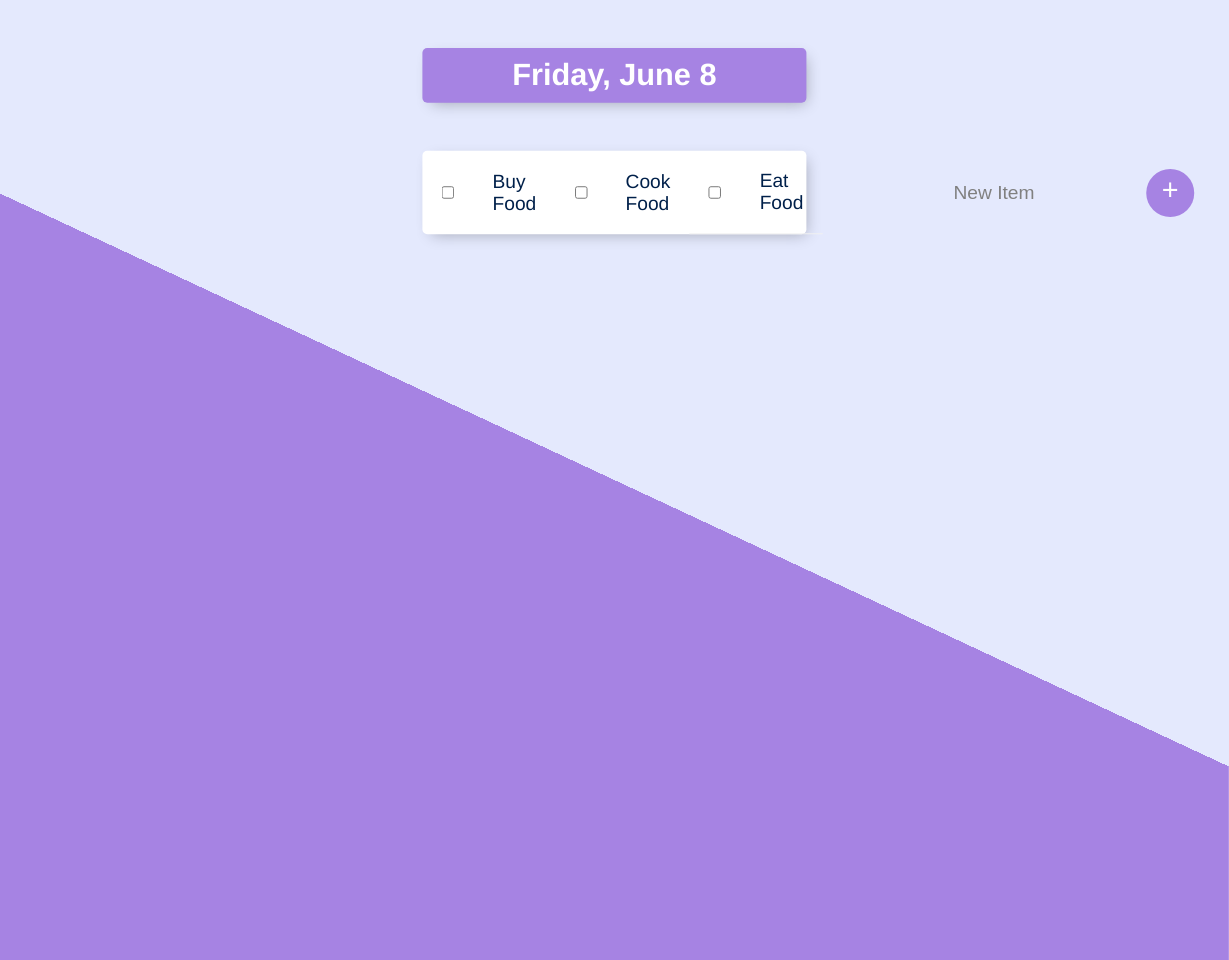
Repository: DESTINYAS/ToDo-List
Page: http://localhost/
These files come from the project's save history. The page is drawn as it stood at one moment and after the next save; the edit follows.
The browser window is 1280 px wide. The pictures show the whole page, at 96% of full size.
The page is served by the project's Node server (app.js).

Above is the page before, as saved 2022-08-24 15:35:30.

After the next save:
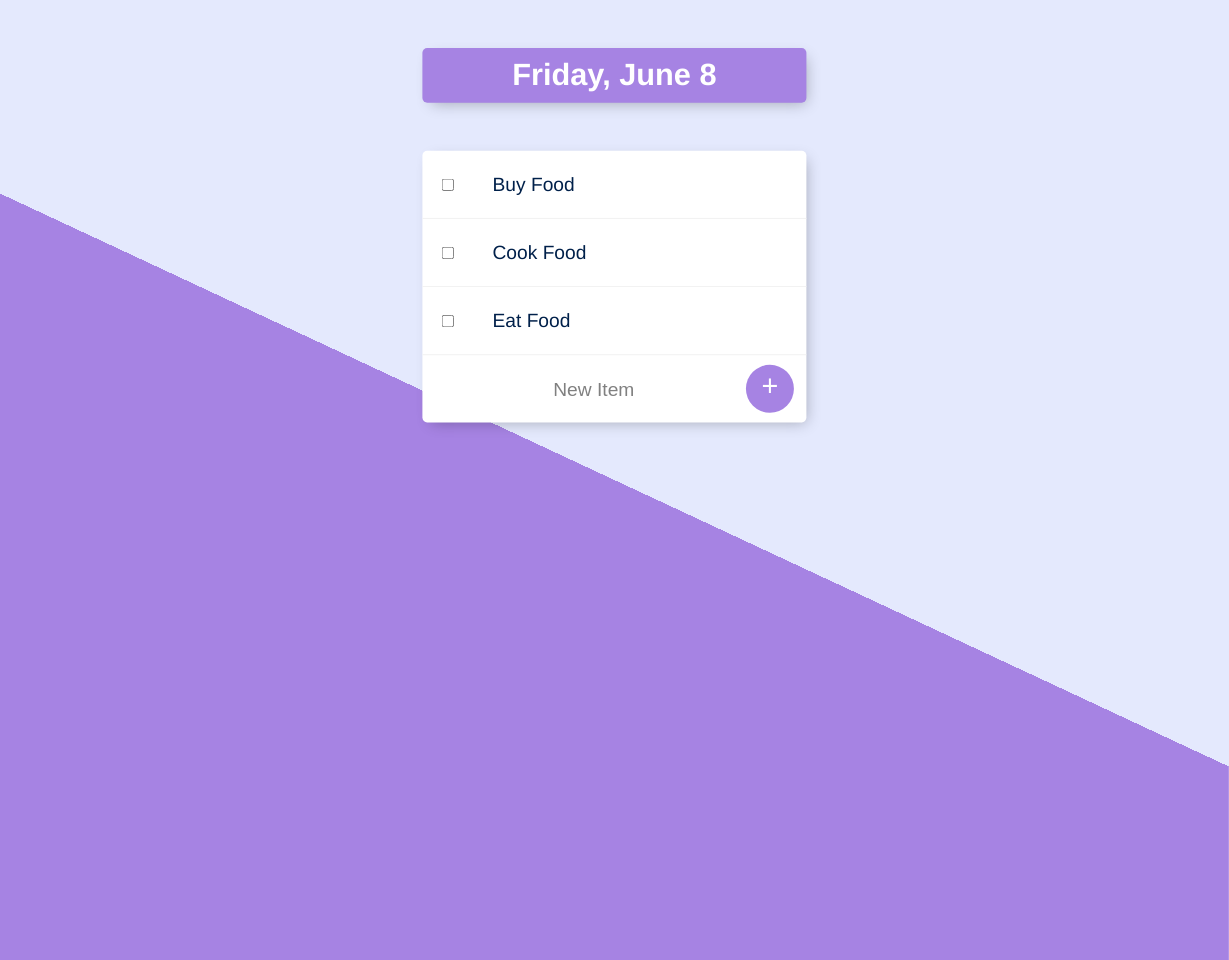
Saved 2 min 51 s later.
--- a/views/list.ejs
+++ b/views/list.ejs
@@ -14,11 +14,11 @@
 
     <div class="box">
         <% for( var i=0;i<newListItems.length;i++) {%>
-          <div class="item">
+        <div class="item">
           <input type="checkbox">
           <p><%= newListItems[i] %></p>
-          <%}%>
         </div>
+        <%}%>
       <form class="item" action="/" method="post">
         <input type="text" name="newItem" placeholder="New Item" autocomplete="off"/>
         <button type="submit" name="button">+</button>
